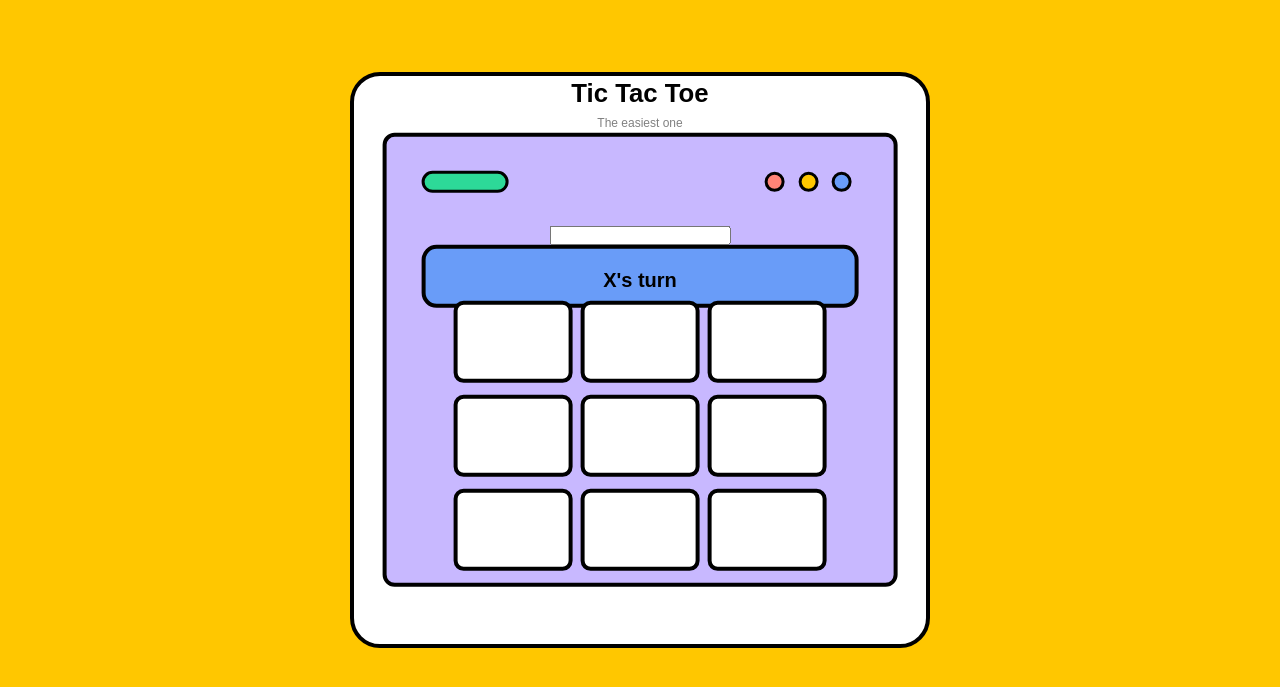
Repository: ThisIsSahaj/Js-Projects
Page: TIcTacToe/index.html
An editor plug-in stored every save of this project. The page is shown before and after the next save, followed by the edit.
The browser window is 1280 px wide. The pictures show the whole page.

Above is the page before, as saved 2024-05-04 11:27:51.

After the next save:
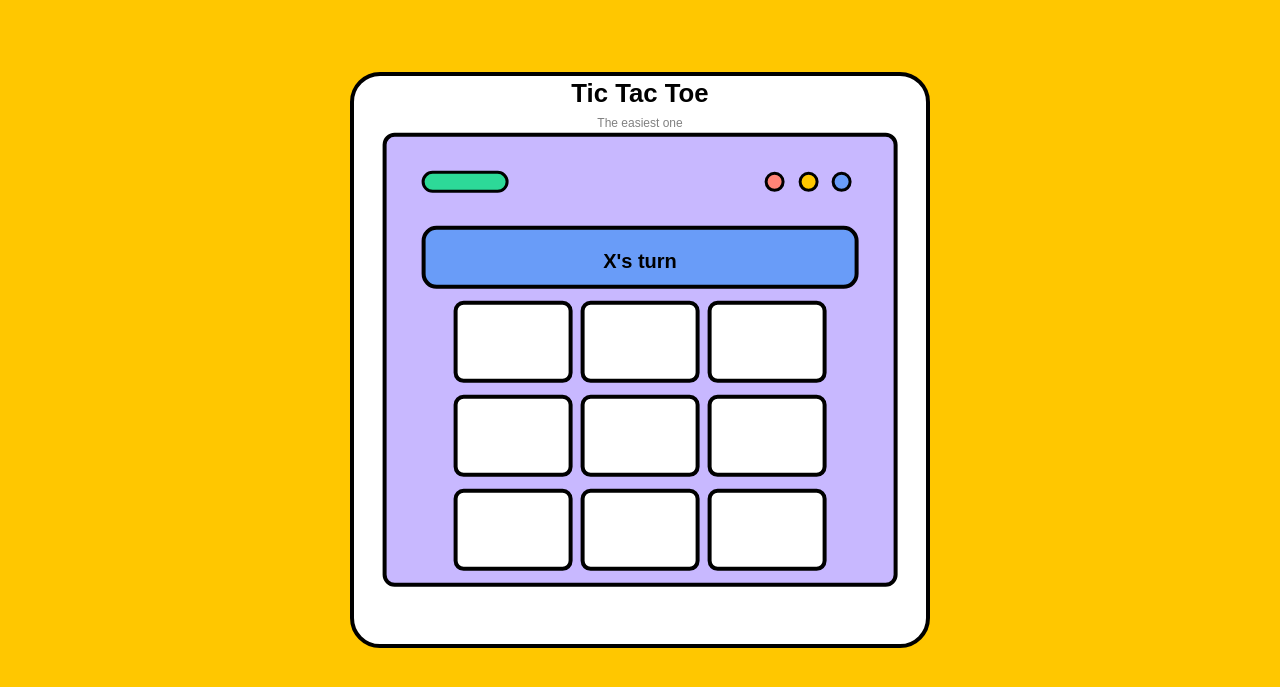
Saved 11 s later.
--- a/TIcTacToe/index.html
+++ b/TIcTacToe/index.html
@@ -39,7 +39,6 @@
                 </div>
 
                 <div class="inputDiv">
-                      <input type="text" placeholder="Here's an input for you" id="input" >
                       <p class="display"></p>
                 </div>
 
